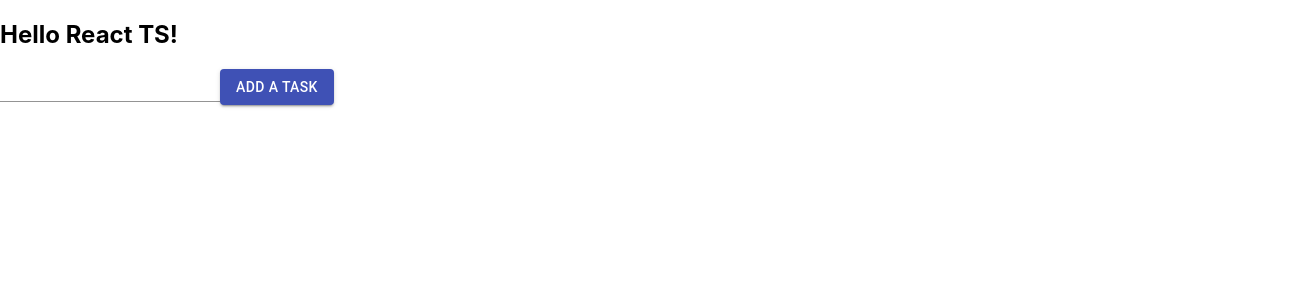
Repository: Salvaaragon/ItemListReact
Page: /
These files come from the project's save history. The page is drawn as it stood at one moment and after a run of saves; the edit follows.
The browser window is 1280 px wide. The page is 1292 px wide, then 1314 px, so the pictures cover 1314 px, including what lies to the right of the window. The pictures show the whole page.
The project was rebuilt for these pictures with package versions that can differ from the ones it lists, and the page was loaded fresh each time. Also part of the build but not shown: src/components/TasksListItem.tsx.

Above is the page before, as saved 2019-08-04 11:31:21.

### src/App.tsx
import React, { Component } from 'react';
import { Task } from './models/task';
import { NewTaskForm } from './components/NewTaskForm';
import { TasksList } from './components/TaskList';

interface State {
	newTask: Task;
	tasks: Task[];
}

class App extends Component<{}, State> {

	private addTask = (event: React.FormEvent<HTMLFormElement>) => {
		event.preventDefault();

		this.setState(previousState => ({
			newTask: {
				id: previousState.newTask.id + 1,
				name: ""
			},
			tasks: [...previousState.tasks, previousState.newTask]
		}));
	};

	private handleTaskChange = (event: React.ChangeEvent<HTMLInputElement>) => {
		this.setState({
			newTask: {
				...this.state.newTask,
				name: event.target.value
			}
		});
	};

	private deleteTask = (taskToDelete: Task) => {
		this.setState(previousState => ({
			tasks: [
				...previousState.tasks.filter(task => task.id !== taskToDelete.id)
			]
		}));
	};


	state = {
		newTask: {
			id: 1,
			name: ""
		},
		tasks: []
	}

	render() {
		return(
			<div>
				<h2>Hello React TS!</h2>
				<NewTaskForm
					task={this.state.newTask}
					onAdd={this.addTask}
					onChange={this.handleTaskChange}
				/>
				<TasksList tasks={this.state.tasks} onDelete={this.deleteTask}/>
			</div>
		)
	}
}

export default App;

### src/components/NewTaskForm.tsx
import React, { FunctionComponent } from "react";
import { Task } from "../models/task";
import ReactDOM from 'react-dom';
import Button from '@material-ui/core/Button';
import Input from '@material-ui/core/Input';
import Grid from '@material-ui/core/Grid';

var gridStyle = {

}

interface Props {
    onChange: (event: React.ChangeEvent<HTMLInputElement>) => void;
    onAdd: (event: React.FormEvent<HTMLFormElement>) => void;
    task: Task;
}

export const NewTaskForm: FunctionComponent<Props> = ({
    onChange,
    onAdd,
    task,
}) => (
    <Grid container spacing={3} style={gridStyle}>
        <Grid item xs>
        <form onSubmit={onAdd}>
            <Input onChange={onChange} value={task.name}/>
            <Button variant="contained" color="primary" type="submit">Add a task</Button>
        </form>
        </Grid>
    </Grid>
);

### src/components/TaskList.tsx
import React, { FunctionComponent } from "react";

import { Task } from "../models/task";
import { TaskListItem } from "./TasksListItem";

interface Props {
  tasks: Task[];
  onDelete: (task: Task) => void;
}

export const TasksList: FunctionComponent<Props> = ({ tasks, onDelete }) => (
  <ul>
    {tasks.map(task => (
      <TaskListItem task={task} onDelete={onDelete} />
    ))}
  </ul>
);

Loaded but not shown: public/index.html (common file); src/index.tsx (common file); src/index.css (common file); src/serviceWorker.ts (common file)

After the next 6 saves:
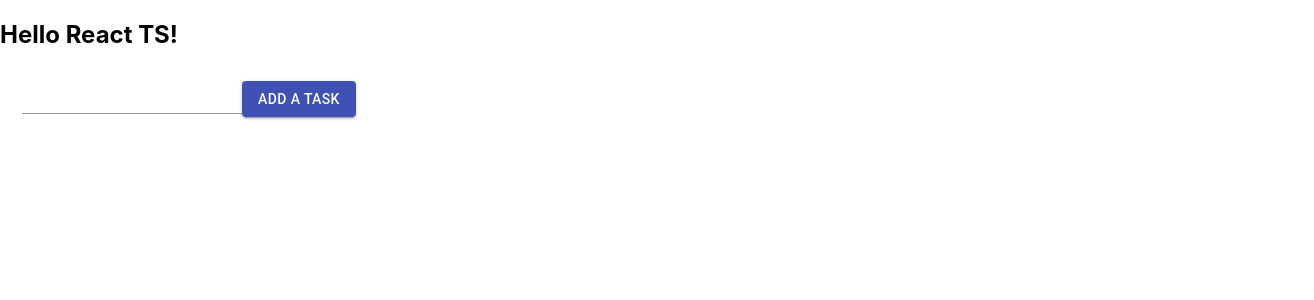
The 6 saves are shown as one change because 5 did not build or start.
The last was saved 48 s later.
--- a/src/components/NewTaskForm.tsx
+++ b/src/components/NewTaskForm.tsx
@@ -6,8 +6,8 @@ import Input from '@material-ui/core/Input';
 import Grid from '@material-ui/core/Grid';
 
 var gridStyle = {
-
-}
+    margin: "10px",
+};
 
 interface Props {
     onChange: (event: React.ChangeEvent<HTMLInputElement>) => void;
